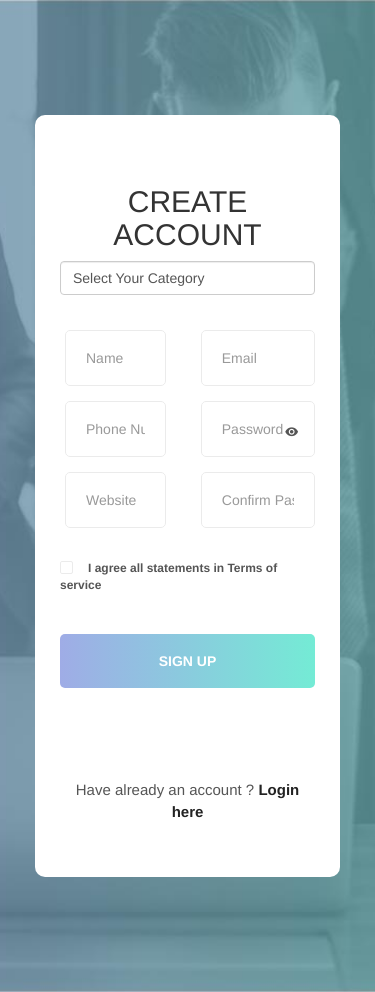
Repository: zainbt/Career_Bridge
Page: static/register/register.html
These files come from the project's save history. The page is drawn as it stood at one moment and after the next save; the edit follows.
The browser window is 375 px wide. The pictures show the whole page.

Above is the page before, as saved 2019-11-18 18:25:27.

After the next save:
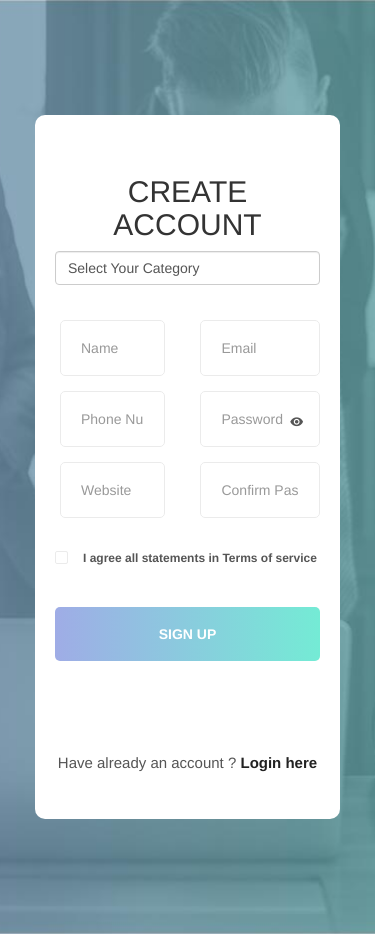
Saved 69 s later.
--- a/static/register/css/style.css
+++ b/static/register/css/style.css
@@ -455,7 +455,7 @@
 
 @media screen and (max-width: 480px) {
     .signup-content {
-        padding: 50px 25px;
+        padding: 40px 20px;
     }
 }
 

After the save that followed:
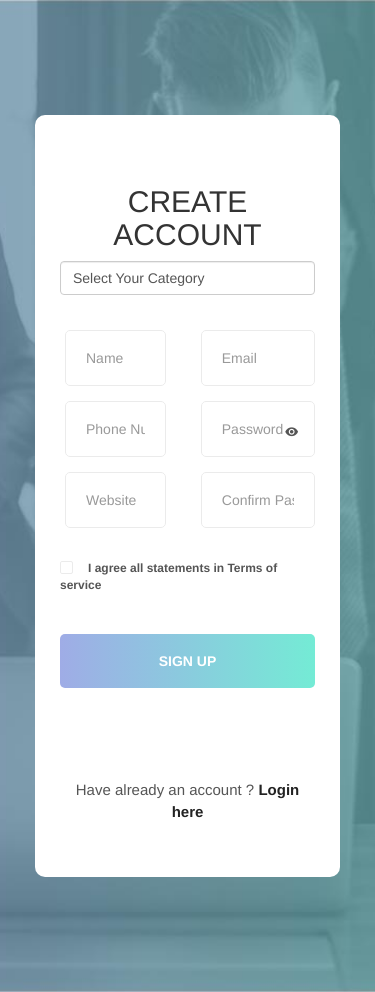
Saved 56 s later.
--- a/static/register/css/style.css
+++ b/static/register/css/style.css
@@ -250,7 +250,7 @@
     -webkit-border-radius: 10px;
     -o-border-radius: 10px;
     -ms-border-radius: 10px;
-    padding: 50px 85px;
+    padding: 40px 55px;
 }
 
 .form-group {
@@ -455,7 +455,7 @@
 
 @media screen and (max-width: 480px) {
     .signup-content {
-        padding: 40px 20px;
+        padding: 50px 25px;
     }
 }
 
